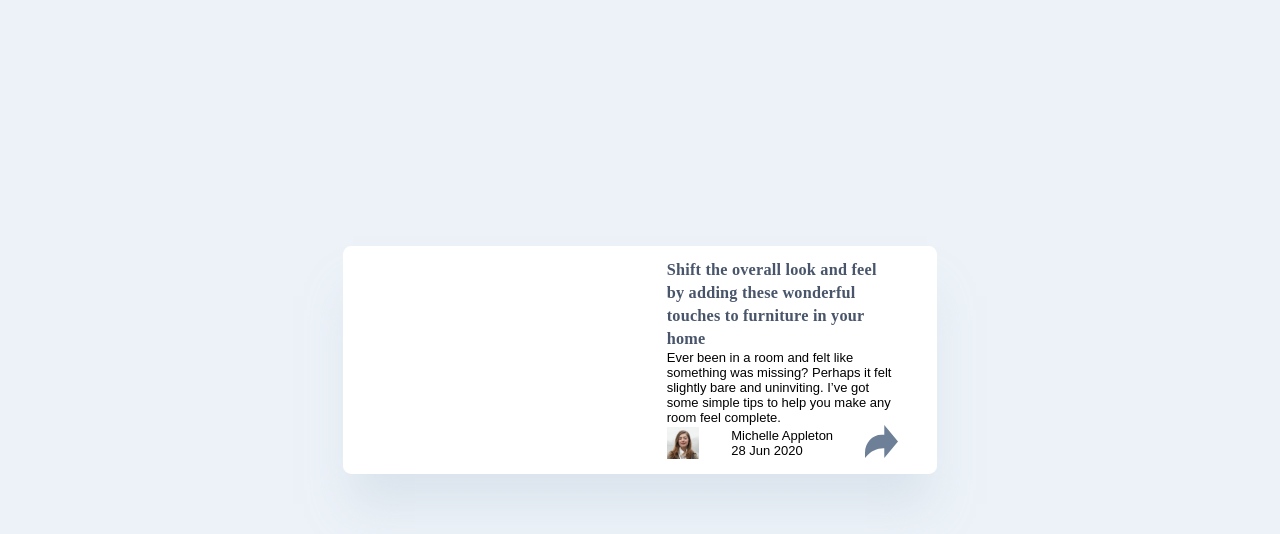
Repository: brandontaylor1/article-preview-component
Page: index.html
An editor plug-in stored every save of this project. The page is shown before and after the next save, followed by the edit.
The browser window is 1280 px wide. The pictures show the whole page.

Above is the page before, as saved 2025-01-13 21:54:33.

After the next save:
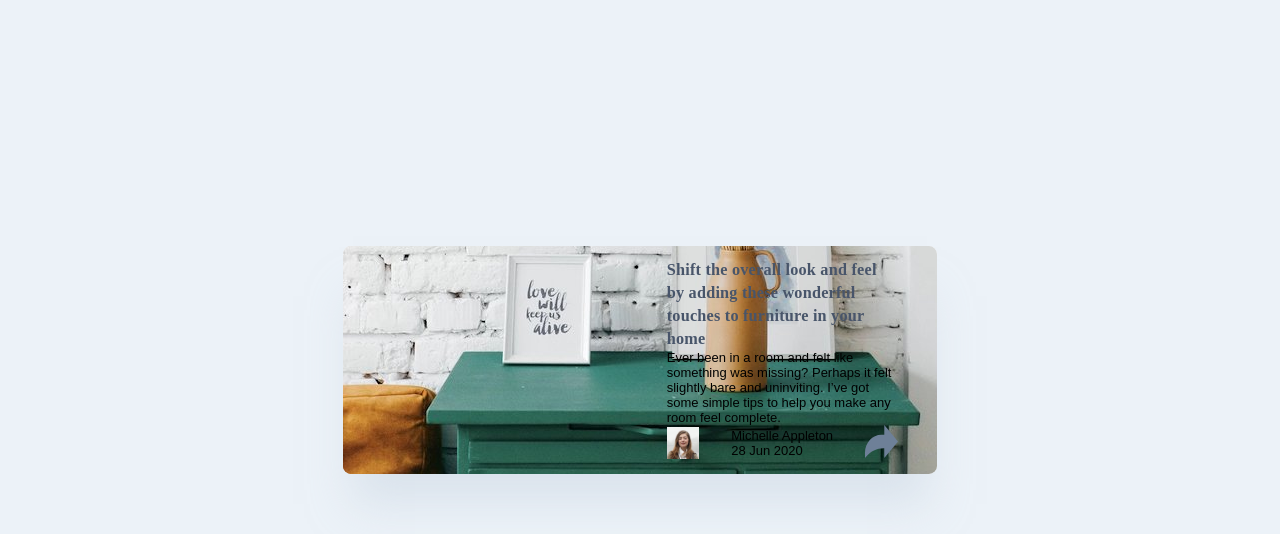
Saved 14 s later.
--- a/index.html
+++ b/index.html
@@ -10,7 +10,9 @@
 
     <div class="container">
         <main class="component">
-            <div class="img-container"></div>
+            <div class="img-container">
+                <img src="./assets/images/drawers.jpg" alt="Drawers Image">
+            </div>
             <div class="component-content">
                 <h2>Shift the overall look and feel by adding these wonderful touches to furniture in your home</h2>
                 <p>Ever been in a room and felt like something was missing? Perhaps it felt slightly bare and uninviting. I’ve got some simple tips to help you make any room feel complete.</p>

After the save that followed:
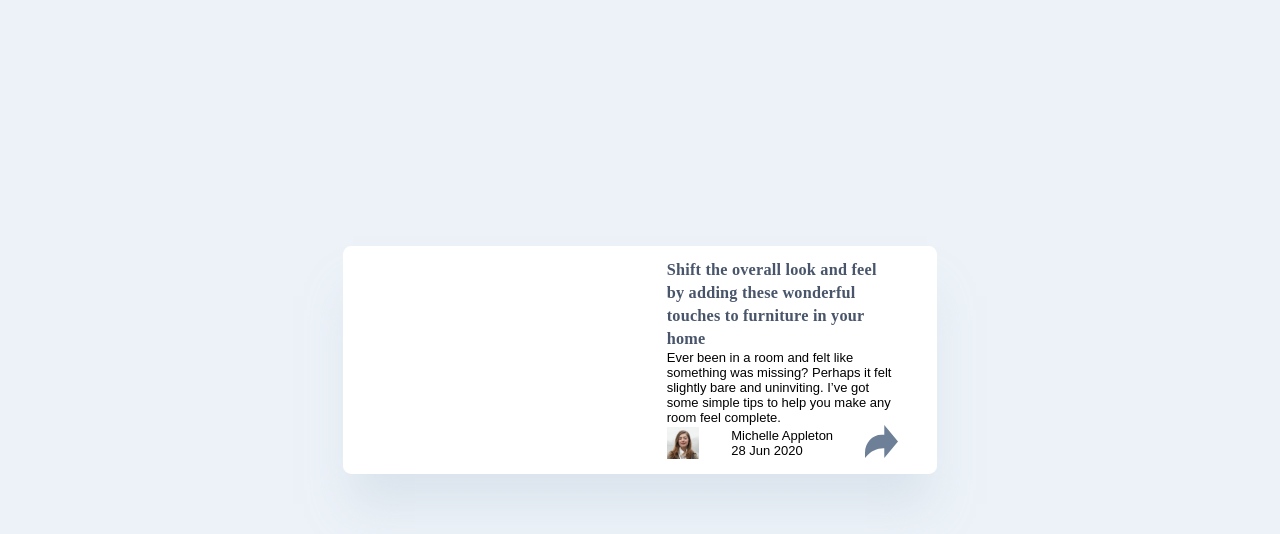
Saved 25 s later.
--- a/index.html
+++ b/index.html
@@ -11,7 +11,7 @@
     <div class="container">
         <main class="component">
             <div class="img-container">
-                <img src="./assets/images/drawers.jpg" alt="Drawers Image">
+
             </div>
             <div class="component-content">
                 <h2>Shift the overall look and feel by adding these wonderful touches to furniture in your home</h2>
